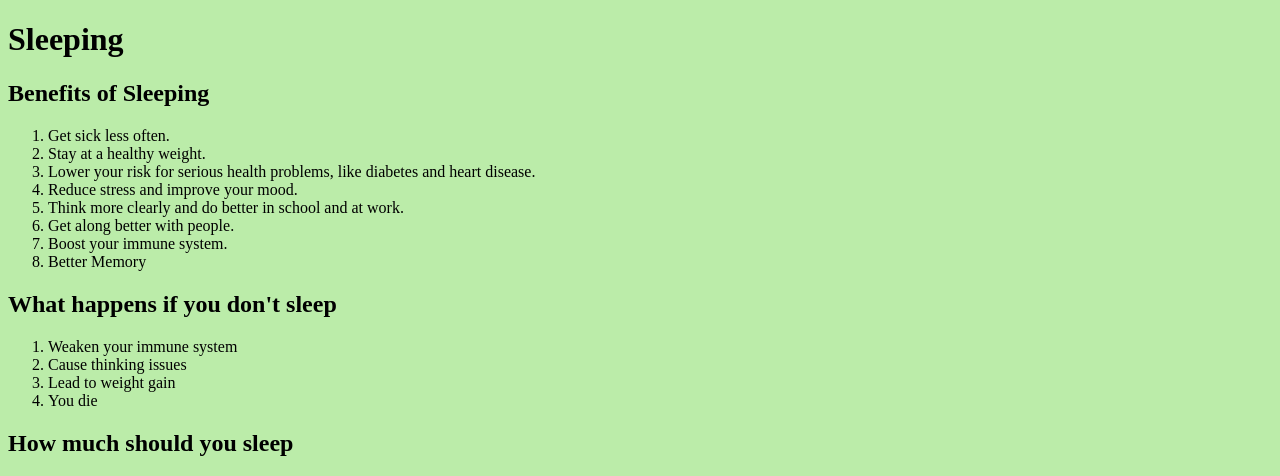
Repository: Darrenyyds/class1
Page: Myhobbies.html
An editor plug-in stored every save of this project. The page is shown before and after the next save, followed by the edit.
The browser window is 1280 px wide. The pictures show the part of the page from y = 0 to 476 px (the page is 1126 px tall).
Pictures or frames that could not be fetched are drawn as grey boxes.

Above is the page before, as saved 2023-02-04 15:10:47.

After the next save:
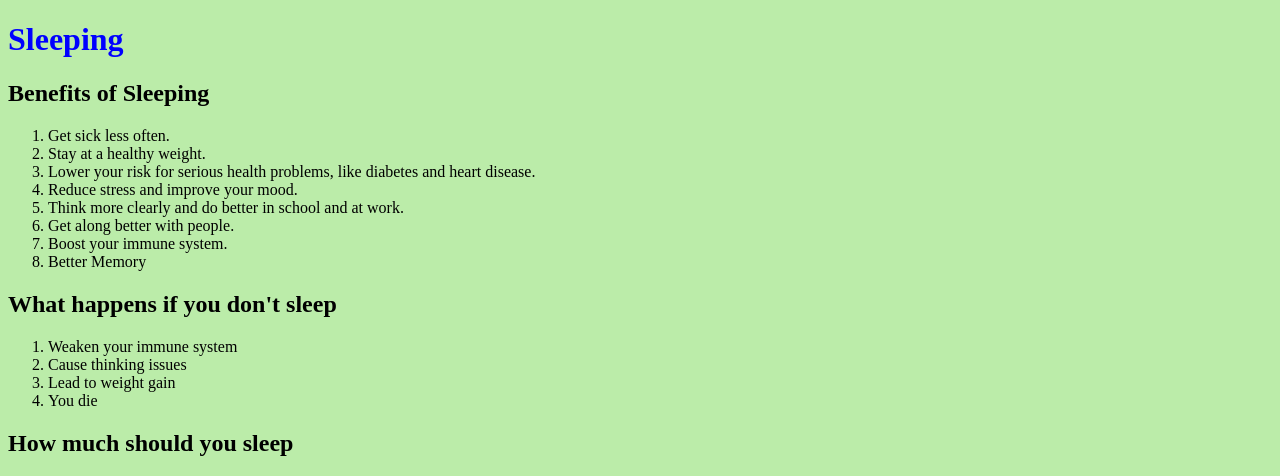
Saved 84 s later.
--- a/Myhobbies.css
+++ b/Myhobbies.css
@@ -17,3 +17,10 @@ Body {
   height: 100%;
   background-color: rgba(204, 228, 160, 0.3);
 }
+
+h1 {
+  color: blue;
+}
+p {
+  color: rgb(120, 184, 241);
+}
